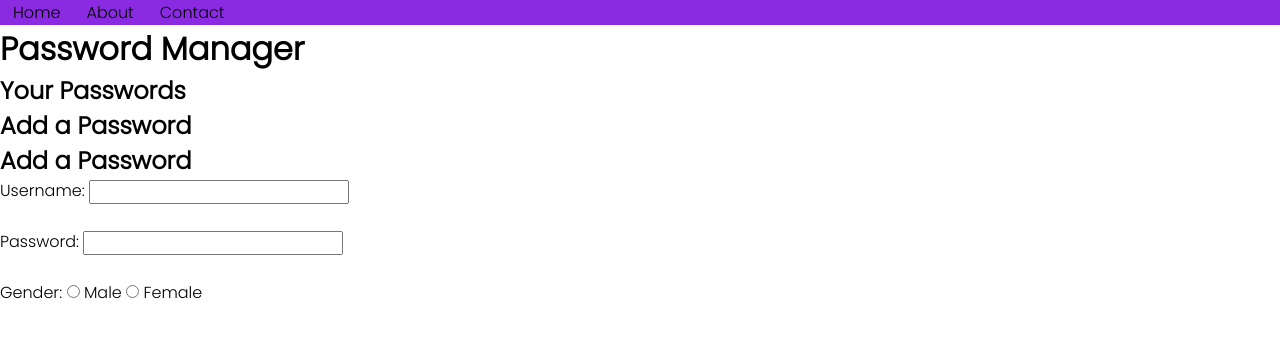
Repository: Abhi2807ar/PASSWORD-MANAGER
Page: index.html
These files come from the project's save history. The page is drawn as it stood at one moment and after the next save; the edit follows.
The browser window is 1280 px wide. The pictures show the whole page.

Above is the page before, as saved 2024-10-14 14:40:30.

After the next save:
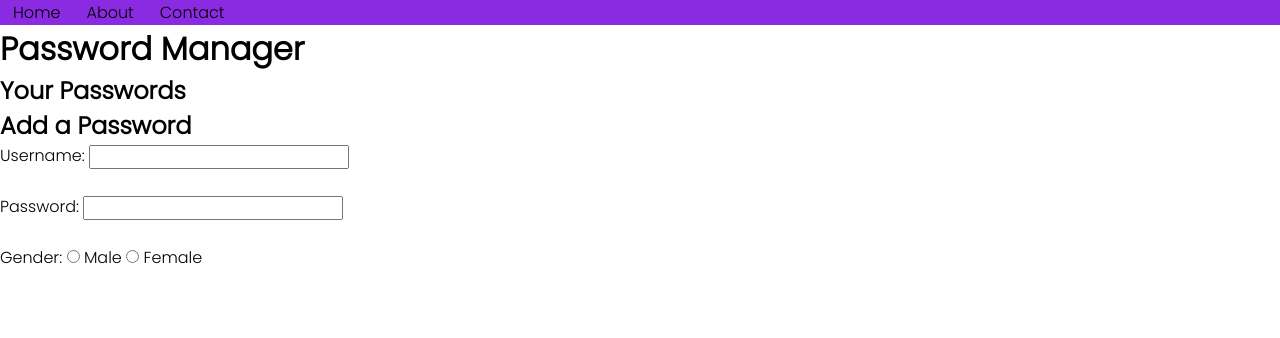
Saved 9 s later.
--- a/index.html
+++ b/index.html
@@ -48,7 +48,7 @@ td{
         <h2>Add a Password</h2>
 
     </div>
-    <h2>Add a Password</h2>
+
     <form action="/submit" method="post">
         <!-- Text input for username -->
         <label for="username">Username:</label>
